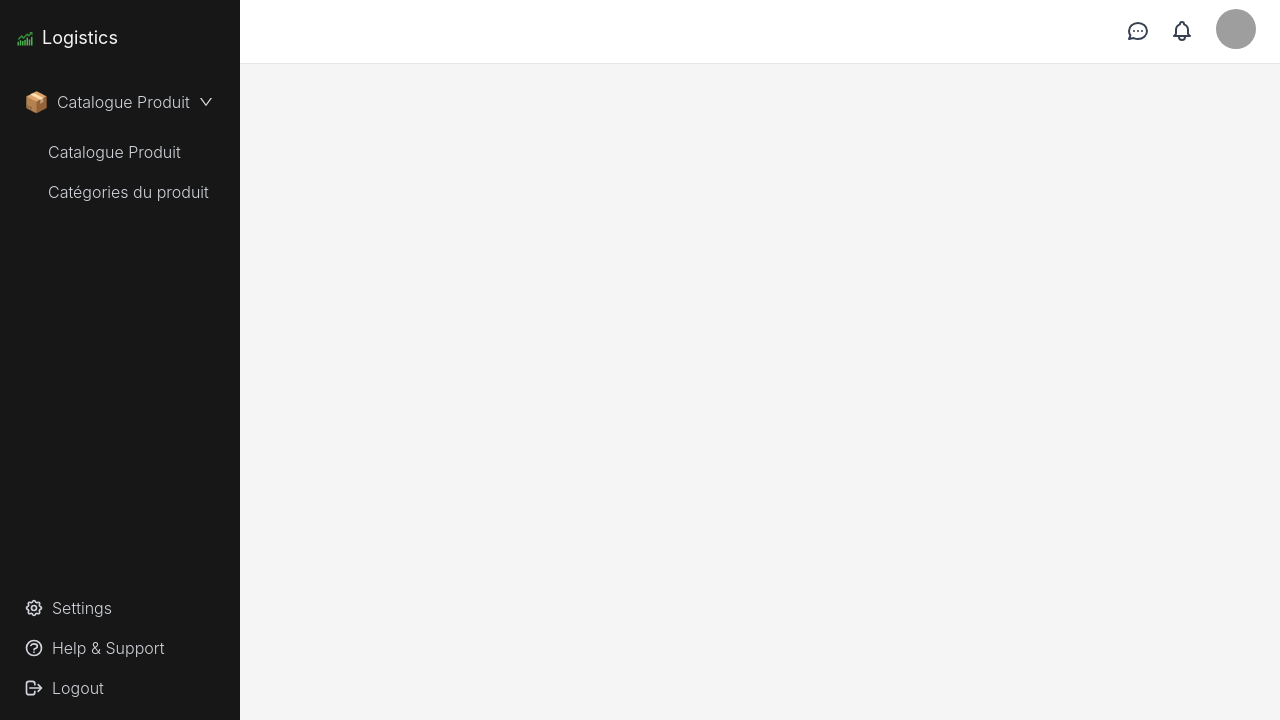
Repository: Mayar2222/Dashboard
Page: /, after clicking the first element matching `button.flex`
The author's editor kept a copy of each file at every save. The page is drawn from the files as they stood at one save, then again after a run of saves.
The browser window is 1280 px wide. The pictures show the whole page.
Pictures or frames that could not be fetched are drawn as grey boxes. The project was rebuilt for these pictures with package versions that can differ from the ones it lists, and the page was loaded fresh each time. Also part of the build but not shown: src/components/CatalogueProduits.jsx, src/components/Categories.jsx.

Above is the page before, as saved 2024-07-28 16:56:52.

### src/App.jsx
import { Route, BrowserRouter as Router, Routes } from "react-router-dom";
import CatalogueProduits from "./components/CatalogueProduits";
import Categories from "./components/Categories";
import Layout from "./components/shared/Layout";

function App() {
  return (
      <Router>
      <Routes>
        <Route path="/"  element={<Layout/>}>
          <Route path="CatalogueProduits"  element={<CatalogueProduits/>}/>
          <Route path="Categories"  element={<Categories/>}/>

          <Route path="login"  element={<div>this login page</div>}/>

        </Route>
      </Routes>
      </Router>
  );
}

export default App;

### src/index.css
@import url('https://fonts.googleapis.com/css2? family=Poppins:wght@400; 600;700&display=swap');


@tailwind base;
@tailwind components;
@tailwind utilities;

@layer base {
    html {
        font-family: 'Inter', sans-serif;
        line-height: 1.3;
    }
    table {
        /* Add any specific styles for the table here if needed */
    }
    th,
    td {
        @apply py-3 px-2.5 text-sm text-left border-y border-gray-200;
    }
    thead {
        @apply bg-neutral-100;
    }
    th {
        @apply font-semibold;
    }
    a {
        @apply text-sky-500 hover:underline;
    }
}

### src/components/shared/Layout.jsx
import React from 'react'
import { Outlet } from 'react-router-dom'
import Header from './Header'
import Sidebar from './Sidebar'
export default function Layout() {
  return (
    <div className='flex flex-row bg-neutral-100 h-screen w-screen overflow-hidden'>
<Sidebar/>
     <div className='flex-1'>
      <Header/>
      <div className='p-4'>{<Outlet/>}</div>

      </div>


    </div>
  )
}

### src/components/shared/Header.jsx
import { Menu, Popover, Transition } from '@headlessui/react';
import React, { Fragment } from 'react';
import { HiOutlineBell, HiOutlineChat } from 'react-icons/hi';

export default function Header() {
  return (
    <div className='bg-white h-16 px-4 flex justify-between items-center border-b border-gray-200'>
      <div className='relative'>

      </div>
      <div className="flex items-center gap-2 mr-2">
        <Popover className="relative">
          {({ open }) => (
            <>
              <Popover.Button
                className={`p-1.5 rounded-sm inline-flex items-center ${open ? 'text-gray-900' : 'text-gray-700 hover:text-gray-900'} focus:outline-none`}
              >
                <HiOutlineChat fontSize={24} />
              </Popover.Button>
              <Transition
                as={Fragment}
                enter="transition ease-out duration-200"
                enterFrom="opacity-0 translate-y-1"
                enterTo="opacity-100 translate-y-0"
                leave="transition ease-in duration-150"
                leaveFrom="opacity-100 translate-y-0"
                leaveTo="opacity-0 translate-y-1"
              >
                <Popover.Panel className="absolute right-0 z-10 mt-2.5 w-80">
                  <div className="bg-white rounded-sm shadow-md ring-1 ring-black ring-opacity-5 px-2 py-2.5">
                    <strong className="text-gray-700 font-medium">Messages</strong>
                    <div className="mt-2">This is the messages panel!</div>
                  </div>
                </Popover.Panel>
              </Transition>
            </>
          )}
        </Popover>

        <Popover className="relative">
          {({ open }) => (
            <>
              <Popover.Button
                className={`p-1.5 rounded-sm inline-flex items-center ${open ? 'text-gray-900' : 'text-gray-700 hover:text-gray-900'} focus:outline-none`}
              >
                <HiOutlineBell fontSize={24} />
              </Popover.Button>
              <Transition
                as={Fragment}
                enter="transition ease-out duration-200"
                enterFrom="opacity-0 translate-y-1"
                enterTo="opacity-100 translate-y-0"
                leave="transition ease-in duration-150"
                leaveFrom="opacity-100 translate-y-0"
                leaveTo="opacity-0 translate-y-1"
              >
                <Popover.Panel className="absolute right-0 z-10 mt-2.5 w-80">
                  <div className="bg-white rounded-sm shadow-md ring-1 ring-black ring-opacity-5 px-2 py-2.5">
                    <strong className="text-gray-700 font-medium">Notifications</strong>
                    <div className="mt-2">This is the notifications panel!</div>
                  </div>
                </Popover.Panel>
              </Transition>
            </>
          )}
        </Popover>

        <Menu as="div" className="relative">
          <div>
            <Menu.Button className="ml-2 inline-flex">
              <span className='sr-only'>Open user menu</span>
              <div className='h-10 w-10 rounded-full bg-sky-500 bg-cover bg-no-repeat bg-center' style={{backgroundImage: 'url("https://images.unsplash.com/photo-1529626455594-4ff0802cfb7e?crop=faces&fit=crop&w=80&h=80&q=80")'}}>
                <span className='sr-only'>Mayar</span>
              </div>
            </Menu.Button>
          </div>
          <Transition
            as={Fragment}
            enter="transition ease-out duration-200"
            enterFrom="opacity-0 translate-y-1"
            enterTo="opacity-100 translate-y-0"
            leave="transition ease-in duration-150"
            leaveFrom="opacity-100 translate-y-0"
            leaveTo="opacity-0 translate-y-1"
          >
            <Menu.Items className="absolute right-0 mt-2 w-48 origin-top-right bg-white border border-gray-200 divide-y divide-gray-100 rounded-md shadow-lg outline-none">
              <div className="px-4 py-3">
                <p className="text-sm">Signed in as</p>
                <p className="text-sm font-medium text-gray-900 truncate">Mayar</p>
              </div>
              <div className="py-1">
                <Menu.Item>
                  {({ active }) => (
                    <a
                      href="/profile"
                      className={`${
                        active ? 'bg-gray-100 text-gray-900' : 'text-gray-700'
                      } flex justify-between w-full px-4 py-2 text-sm leading-5 text-left`}
                    >
                      Your Profile
                    </a>
                  )}
                </Menu.Item>
                <Menu.Item>
                  {({ active }) => (
                    <a
                      href="/settings"
                      className={`${
                        active ? 'bg-gray-100 text-gray-900' : 'text-gray-700'
                      } flex justify-between w-full px-4 py-2 text-sm leading-5 text-left`}
                    >
                      Settings
                    </a>
                  )}
                </Menu.Item>
              </div>
              <div className="py-1">
                <Menu.Item>
                  {({ active }) => (
                    <a
                      href="/logout"
                      className={`${
                        active ? 'bg-gray-100 text-gray-900' : 'text-gray-700'
                      } flex justify-between w-full px-4 py-2 text-sm leading-5 text-left`}
                    >
                      Sign out
                    </a>
                  )}
                </Menu.Item>
              </div>
            </Menu.Items>
          </Transition>
        </Menu>
      </div>
    </div>
  );
}

### src/components/shared/Sidebar.jsx
import React, { useState } from 'react';
import { AiOutlineDown, AiOutlineRight } from 'react-icons/ai';
import { FcBullish } from 'react-icons/fc';
import { HiOutlineLogout } from 'react-icons/hi';
import { Link, useLocation } from 'react-router-dom';
import { DASHBOARD_SIDEBAR_BOTTOM_LINKS, DASHBOARD_SIDEBAR_LINKS } from '../../lib/consts/navigation';

const linkClasses =
  'flex items-center gap-2 font-light px-3 py-2 hover:bg-neutral-700 hover:no-underline active:bg-neutral-600 rounded-sm text-base text-gray-300';

const titleClasses = 'flex items-center gap-2 px-1 py-3 text-neutral-100 text-lg';

export default function Sidebar() {
  const { pathname } = useLocation();
  const [isCatalogueOpen, setIsCatalogueOpen] = useState(false);

  const toggleCatalogue = () => {
    setIsCatalogueOpen(!isCatalogueOpen);
  };

  return (
    <div className="bg-neutral-900 w-60 p-3 flex flex-col text-white h-full fixed">
      <div className={titleClasses}>
        <FcBullish />
        <span>Logistics</span>
      </div>
      <div className="flex-1 mt-4">
        <div>
          <button onClick={toggleCatalogue} className={linkClasses}>
            <span className="text-xl">📦</span>
            <span>Catalogue Produit</span>
            {isCatalogueOpen ? <AiOutlineDown /> : <AiOutlineRight />}
          </button>
          {isCatalogueOpen && (
            <div className="ml-6 mt-2">
              <Link to="/catalogue" className={linkClasses}>
                Catalogue Produit
              </Link>
              <Link to="/categories" className={linkClasses}>
                Catégories du produit
              </Link>
            </div>
          )}
        </div>
        {DASHBOARD_SIDEBAR_LINKS.filter(link => link.label !== "Catalogue Produit").map(({ key, path, icon, label }) => (
          <Link
            key={key}
            to={path}
            className={`${linkClasses} ${pathname === path ? 'bg-neutral-700' : ''}`}
          >
            {icon && <span className="text-xl">{icon}</span>}
            <span>{label}</span>
          </Link>
        ))}
      </div>
      <div className="mt-4">
        {DASHBOARD_SIDEBAR_BOTTOM_LINKS.map(({ key, path, icon, label }) => (
          <Link
            key={key}
            to={path}
            className={`${linkClasses} ${pathname === path ? 'bg-neutral-700' : ''}`}
          >
            {icon && <span className="text-xl">{icon}</span>}
            <span>{label}</span>
          </Link>
        ))}
        <Link
          to="/logout" // Adjust the path as needed
          className={linkClasses}
        >
          <HiOutlineLogout className="text-xl" />
          <span>Logout</span>
        </Link>
      </div>
    </div>
  );
}

### src/lib/consts/navigation.jsx
import {
	HiOutlineCog,
	HiOutlineCube,
	HiOutlineQuestionMarkCircle
} from 'react-icons/hi'

export const DASHBOARD_SIDEBAR_LINKS = [

	{
		key: 'CatalogueProduits',
		label: 'Catalogue Produit',
		path: '/CatalogueProduits',
		icon: <HiOutlineCube />
	},



]

export const DASHBOARD_SIDEBAR_BOTTOM_LINKS = [
	{
		key: 'settings',
		label: 'Settings',
		path: '/settings',
		icon: <HiOutlineCog />
	},
	{
		key: 'support',
		label: 'Help & Support',
		path: '/support',
		icon: <HiOutlineQuestionMarkCircle />
	}
]

Loaded but not shown: public/index.html (common file); src/index.js (common file); tailwind.config.js (common file)

After the next 2 saves:
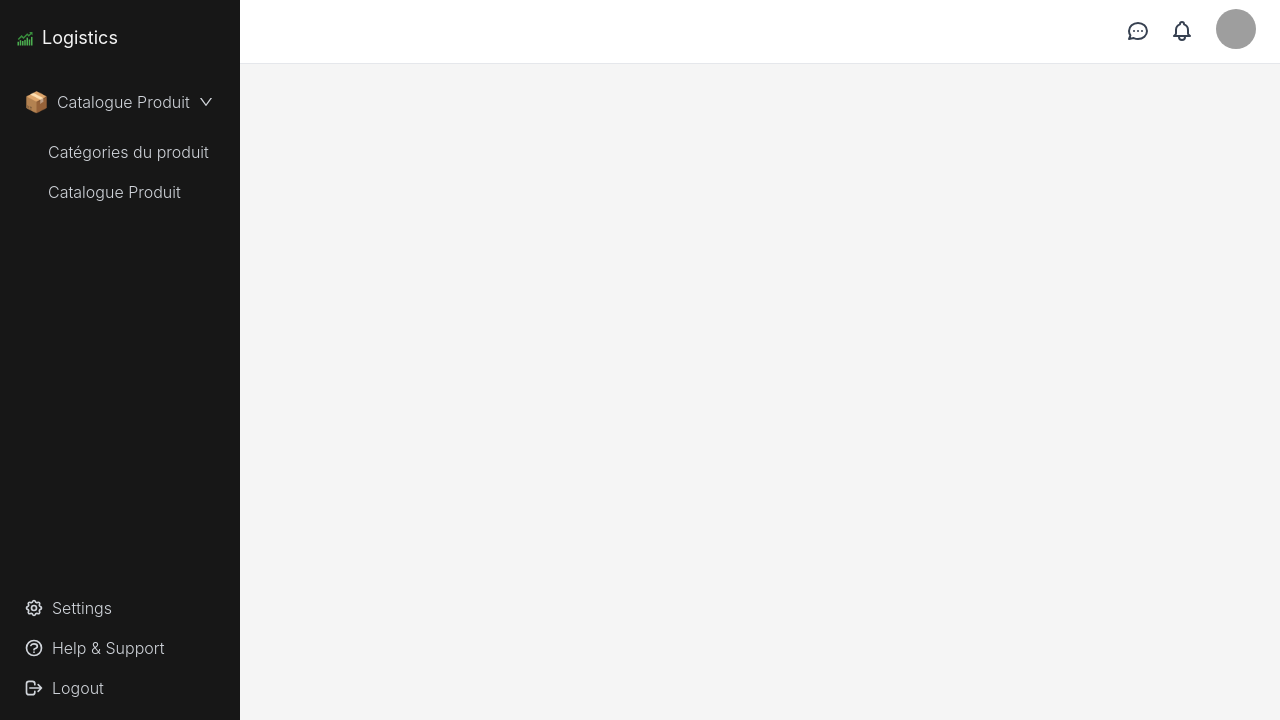
The 2 saves are shown as one change because they came seconds apart.
The last was saved 87 s later.
--- a/src/components/shared/Sidebar.jsx
+++ b/src/components/shared/Sidebar.jsx
@@ -33,11 +33,12 @@ export default function Sidebar() {
           </button>
           {isCatalogueOpen && (
             <div className="ml-6 mt-2">
+
+              <Link to="/categories" className={linkClasses}>
+                Catégories du produit
+              </Link>
               <Link to="/catalogue" className={linkClasses}>
                 Catalogue Produit
-              </Link>
-              <Link to="/categories" className={linkClasses}>
-                Catégories du produit
               </Link>
             </div>
           )}
